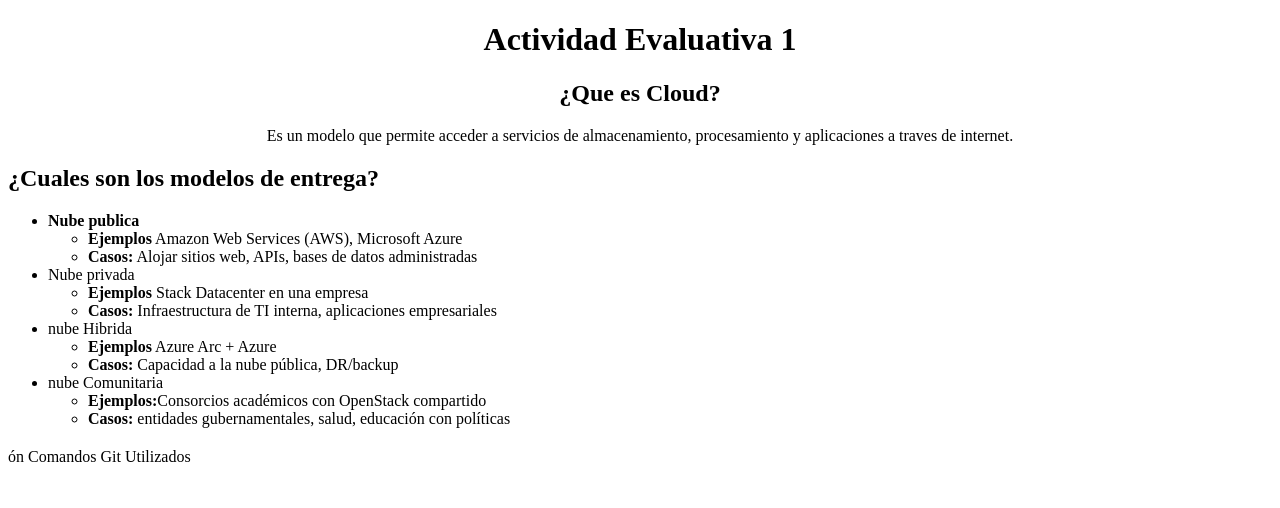
Repository: Laura-Oliveros/Actividad-Evaluativa-1
Page: LauSebas.html
These files come from the project's save history. The page is drawn as it stood at one moment and after a run of saves; the edit follows.
The browser window is 1280 px wide. The pictures show the whole page.

Above is the page before, as saved 2025-09-04 19:29:34.

After the next 2 saves:
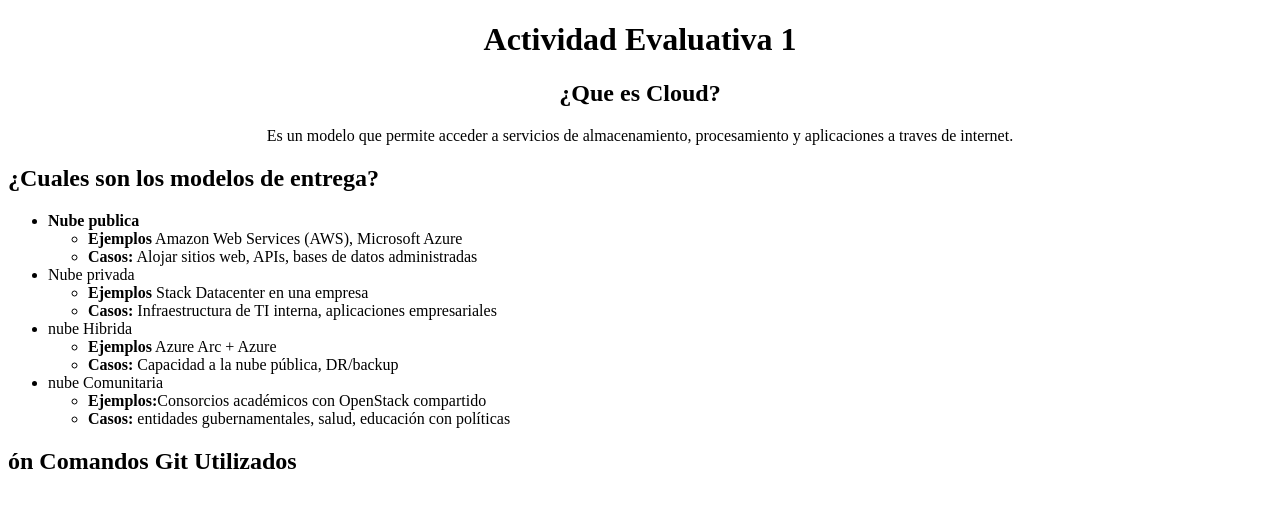
The 2 saves are shown as one change because they came seconds apart.
The last was saved 10 s later.
--- a/LauSebas.html
+++ b/LauSebas.html
@@ -42,8 +42,8 @@
     </div>
 
     <div class="contenedor" style="text-align: left;">
-        <h2></h2>ón Comandos Git Utilizados
-
+        <h2>ón Comandos Git Utilizados
+</h2>
     </div>
 
 
